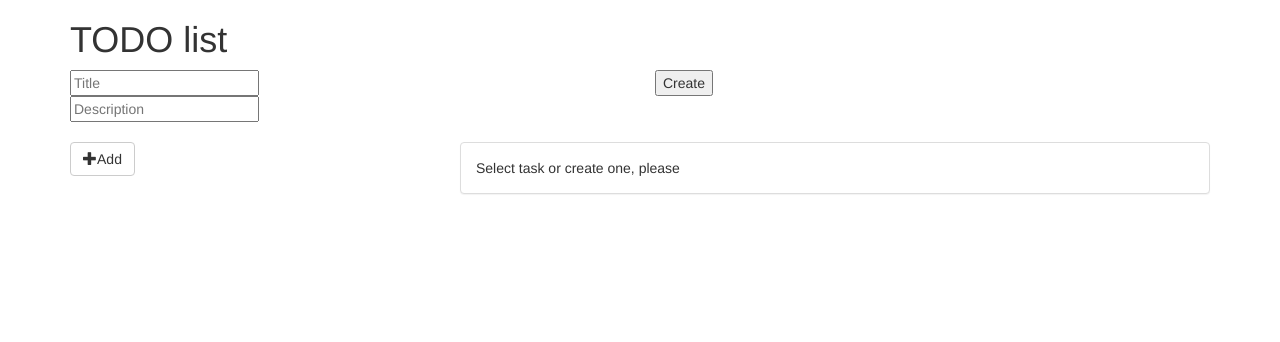
Repository: 3phase/my-ip-2015-2016
Page: 04_SampleAjax/WebContent/index.html
The author's editor kept a copy of each file at every save. The page is drawn from the files as they stood at one save, then again after the next save.
The browser window is 1280 px wide. The pictures show the whole page.
The page's requests for data from a server got no answer.

Above is the page before, as saved 2015-12-18 16:32:30.

### 04_SampleAjax/WebContent/index.html
<!DOCTYPE html>
<html>
	<head>
		<meta charset="utf-8">
		<title>Todo</title>

		<link rel="stylesheet" href="libs/bootstrap-3.3.6-dist/css/bootstrap.css" />
	</head>
	<body>
		<div class="container">
			<h1>TODO list</h1>
			<div class="row">
				<div class="col-sm-6">
					<input type="text" class="title" placeholder="Title"><br>
					<input type="text" class="description" placeholder="Description">
				</div>
				<div class="col-sm-6">
					<input type="submit" class="submit" value="Create">
				</div>
			</div>
			<div class="clear"></div>
			<br>
			<div class="row">
				<div class="col-sm-3">
					<div class="form-group">
						<button type="button" class="btn btn-default" id="addTaskButton"><span class="glyphicon glyphicon-plus"></span>Add</button>
					</div>
					<ul class="list-group" id="tasksList">
						<!--
						<li class="list-group-item">task1</li>
						<li class="list-group-item">task2</li>
						<li class="list-group-item">task3</li>
						-->
					</ul>
				</div>
				<div class="col-sm-offset-1 col-sm-8">
					<div class="panel panel-default" id="emptyPanel">
						<div class="panel-body">
							Select task or create one, please
						</div>
					</div>

					<div class="panel panel-default" id="readPanel" style="display: none;">
						<div class="panel-heading task-title"></div>
						<div class="panel-body">
							<form class="form-horizontal">
								<div class="form-group">
									<label class="col-sm-2">Title</label>
									<div class="col-sm-10 task-title"></div>
								</div>
								<div class="form-group">
									<label class="col-sm-2">Description</label>
									<pre class="col-sm-10 task-description"></pre>
								</div>
								<div class="form-group">
									<div class="col-sm-offset-2 col-sm-5">
										<button type="button" class="btn btn-primary task-action-ok">Edit</button>
										<button type="button" class="btn btn-default task-action-cancel">Cancel</button>
									</div>
									<div class="col-sm-offset-3 col-sm-2">
										<button type="button" class="btn btn-danger task-action-remove">Delete</button>
									</div>
								</div>
							</form>
						</div>
					</div>

					<div class="panel panel-default" id="updatePanel" style="display: none;">
						<div class="panel-heading task-title">Edit task</div>
						<div class="panel-body">
							<form class="form-horizontal">
								<div class="form-group">
									<label class="col-sm-2">Title</label>
									<div class="col-sm-10">
										<input type="text" name="title" class="form-control"/>
									</div>
								</div>
								<div class="form-group">
									<label class="col-sm-2">Description</label>
									<div class="col-sm-10">
										<textarea name="description" rows="8" cols="40" class="form-control"></textarea>
									</div>
								</div>
								<div class="form-group">
									<div class="col-sm-offset-2 col-sm-10">
										<button type="button" class="btn btn-primary task-action-ok">Save</button>
										<button type="button" class="btn btn-default task-action-cancel">Cancel</button>
									</div>
								</div>
							</form>
						</div>
					</div>
					<div class="panel panel-default" id="createPanel" style="display: none;">
						<div class="panel-heading">Create Task</div>
						<div class="panel-body">
							<form class="form-horizontal">
								<div class="form-group">
									<label class="col-sm-2">Title</label>
									<div class="col-sm-10">
										<input type="text" name="title" class="form-control "/>
									</div>
								</div>
								<div class="form-group">
									<label class="col-sm-2">Description</label>
									<div class="col-sm-10">
										<textarea name="description" rows="8" cols="40" class="form-control"></textarea>
									</div>
								</div>
								<div class="form-group">
									<div class="col-sm-offset-2 col-sm-10">
										<button type="button" class="btn btn-primary task-action-ok">OK</button>
										<button type="button" class="btn btn-default task-action-cancel">Cancel</button>
									</div>
								</div>
							</form>
						</div>
					</div>

				</div>
			</div>
		</div>

		<script type="text/javascript" src="libs/jquery-2.1.4.js"></script>
		<script type="text/javascript" src="libs/lodash-3.10.1.js"></script>
		<script type="text/javascript" src="scripts/todoList.js"></script>
	</body>
</html>

### 04_SampleAjax/WebContent/scripts/todoList.js
$(document).ready(function() {
	"use strict";

	// class hand-written
	function written() {
		$(".submit").on("click", function() {
			var ENDPOINT = "http://localhost:3000/tasks";
			var title = $(".title").val();
			var descr = $(".description").val();

			var task = {
				title: title,
				description: descr
			};

			$.ajax(ENDPOINT, {
				method: "POST",
				contentType: "application/json; charset=utf-8",
				data: JSON.stringify(task),
				dataType: "json"
			}).then(function(response){
				console.log(response);
				return response
			});
		});
	}
	// end

	var ENDPOINT = "http://localhost:3000/tasks";


	function showTaskView(task) {
		$("#readPanel .task-title").text(task.title);
		$("#readPanel .task-description").text(task.description);
		showPanel("readPanel")
	}

	function getSingleTask(id) {
		return $.ajax(ENDPOINT + "/" + id, {
			method: "GET",
			dataType: "json"
		});
	}

	function getAllTasks() {
		return $.ajax(ENDPOINT, {
			method: "GET",
			dataType: "json"
		})
	}

	function showPanel(panelName) {
		var ALL_PANELS = ["emptyPanel", "readPanel", "updatePanel", "createPanel"];
		_.forEach(ALL_PANELS, function(nextValue) {
				$("#" + nextValue).hide();
		});
		$("#" + panelName).show();
	}

	function reloadTasks() {
		getAllTasks().then(function(response) {
			function addTaskToList(task) {
				var newItem = $("<li />");
				newItem.text(task.title);
				newItem.addClass("list-group-item");
				newItem.attr("data-task-id", task.id);
				$("#tasksList").append(newItem);
			}

			$("#tasksList").html("");
			_.forEach(response, addTaskToList);

		});
	}

	function attachHandlers() {
		$(document).on("click", "#tasksList [data-task-id]", function() {
			var taskId = $(this).attr("data-task-id");

			getSingleTask(taskId).then(showTaskView);	// showTaskView -> receiving one arg from then

		});
		$(".task-action-cancel").click(function() {
			showPanel("emptyPanel");
		});
	}

	attachHandlers();
	reloadTasks();

});

Loaded but not shown: 04_SampleAjax/WebContent/libs/bootstrap-3.3.6-dist/css/bootstrap.css (library); 04_SampleAjax/WebContent/libs/jquery-2.1.4.js (library); 04_SampleAjax/WebContent/libs/lodash-3.10.1.js (library)

After the next save:
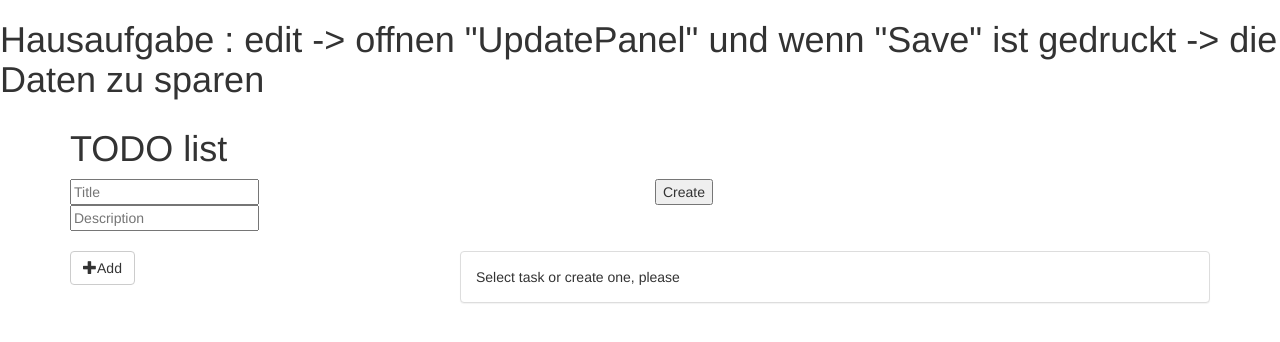
Saved 3 min 24 s later.
--- a/04_SampleAjax/WebContent/index.html
+++ b/04_SampleAjax/WebContent/index.html
@@ -7,6 +7,7 @@
 		<link rel="stylesheet" href="libs/bootstrap-3.3.6-dist/css/bootstrap.css" />
 	</head>
 	<body>
+	<h1>Hausaufgabe : edit -> offnen "UpdatePanel" und wenn "Save" ist gedruckt -> die Daten zu sparen</h1>
 		<div class="container">
 			<h1>TODO list</h1>
 			<div class="row">
